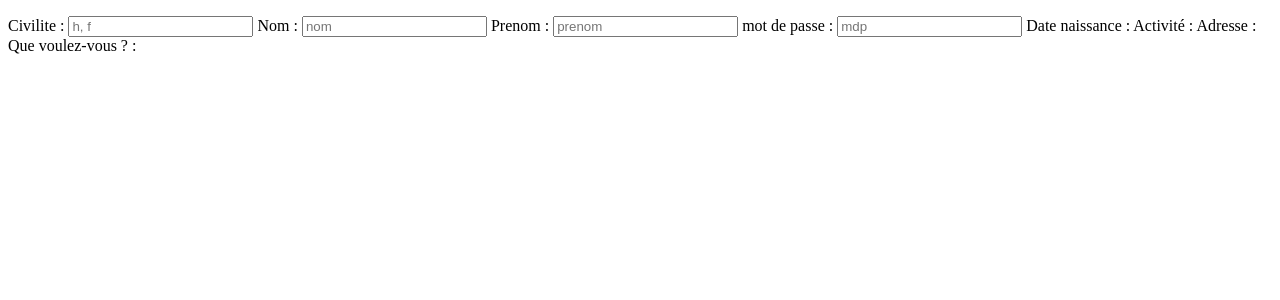
Repository: Douzal/AFCEPF_Architecte_Logiciel
Page: Workspace_Alexis/PremierWebv2/src/main/webapp/Form.html
These files come from the project's save history. The page is drawn as it stood at one moment and after the next save; the edit follows.
The browser window is 1280 px wide. The pictures show the whole page.

Above is the page before, as saved 2018-03-14 13:46:55.

After the next save:
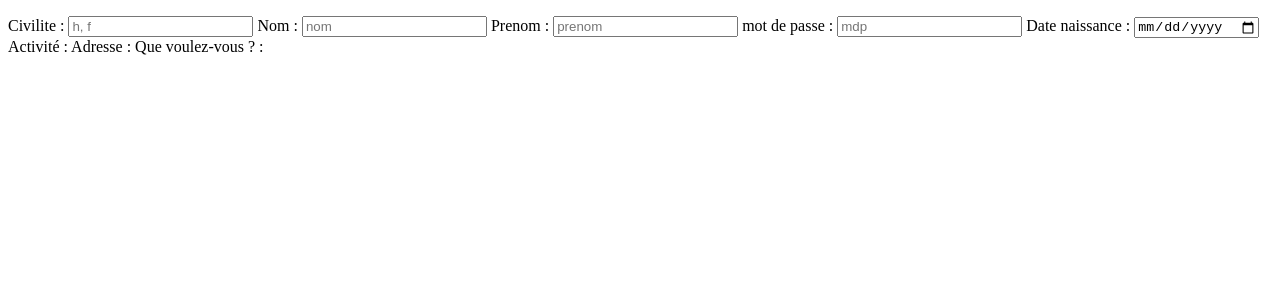
Saved 51 s later.
--- a/Workspace_Alexis/PremierWebv2/src/main/webapp/Form.html
+++ b/Workspace_Alexis/PremierWebv2/src/main/webapp/Form.html
@@ -12,7 +12,7 @@
 	<label for="nom">Nom : </label><input id="nom" name="nom" type="text" placeholder="nom"></input>
 	<label for="prenom">Prenom : </label><input id="prenom" name=""prenom"" type="text" placeholder="prenom"></input>
 	<label for="mdp">mot de passe : </label><input id="mdp" name=""mdp"" type="password" placeholder="mdp"></input>
-	<label>Date naissance : </label>
+	<label for="dob">Date naissance : </label><input id="dob" name=""mdp"" type="date" placeholder="Naissance"></input>
 	<label>Activité : </label>
 	<label>Adresse : </label>
 	<label>Que voulez-vous ? : </label>
